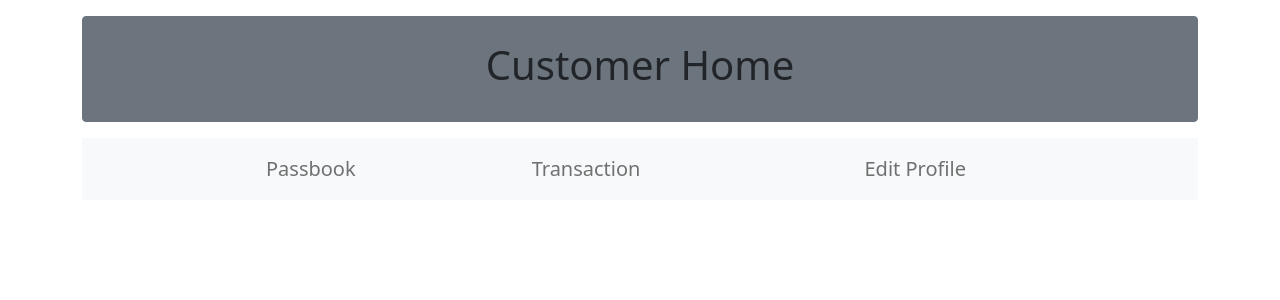
Repository: shivamaninalla/Bank-Application-JSP
Page: http://localhost/10-BankApplication/customer-home.jsp
An editor plug-in stored every save of this project. The page is shown before and after the next save, followed by the edit.
The browser window is 1280 px wide. The pictures show the whole page.
The page is served by Tomcat 9. Other server files are loaded and not shown.

Above is the page before, as saved 2024-07-19 12:48:10.

### 10-BankApplication/WebContent/customer-home.jsp
<%@ page language="java" contentType="text/html; charset=ISO-8859-1"
    pageEncoding="ISO-8859-1"%>
<%@ taglib uri="http://java.sun.com/jsp/jstl/core" prefix="c"%>
<%@ taglib uri="http://java.sun.com/jsp/jstl/functions" prefix="fn"%>
<link
	href="https://cdn.jsdelivr.net/npm/bootstrap@5.0.2/dist/css/bootstrap.min.css"
	rel="stylesheet"
	integrity="sha384-EVSTQN3/azprG1Anm3QDgpJLIm9Nao0Yz1ztcQTwFspd3yD65VohhpuuCOmLASjC"
	crossorigin="anonymous">
<script
	src="https://cdn.jsdelivr.net/npm/bootstrap@5.0.2/dist/js/bootstrap.bundle.min.js"
	integrity="sha384-MrcW6ZMFYlzcLA8Nl+NtUVF0sA7MsXsP1UyJoMp4YLEuNSfAP+JcXn/tWtIaxVXM"
	crossorigin="anonymous"></script>
<!DOCTYPE html>
<html>
<head>
<meta charset="ISO-8859-1">
<title>Insert title here</title>
</head>
<body>
  <div class="container mt-3">
    <div class="row justify-content-center">
      <div class="col-lg-12"> <!-- Changed to col-lg-8 for both the boxes to ensure same width -->
        <div class="border rounded border-secondary bg-secondary text-center p-4">
          <h1>Customer Home</h1>
        </div>
      </div>
    </div>
    <div class="row justify-content-center mt-3">
      <div class="col-lg-12"> <!-- Changed to col-lg-8 to match the width of the above box -->
        <nav class="navbar navbar-expand-lg navbar-light bg-light">
          <div class="container-fluid justify-content-center">
            <ul class="navbar-nav">
              <li class="nav-item">
                <a class="nav-link fs-5" href="#" style="margin-right: 10rem;">Passbook</a>
              </li>
              <li class="nav-item">
                <a class="nav-link fs-5" href="#" style="margin-right: 10rem;">Transaction</a>
              </li>
              <li class="nav-item">
                <a class="nav-link fs-5 mx-5 mr-5" href="#">Edit Profile</a>
              </li>
            </ul>
            <button class="navbar-toggler







</body>
</html>

After the next save:
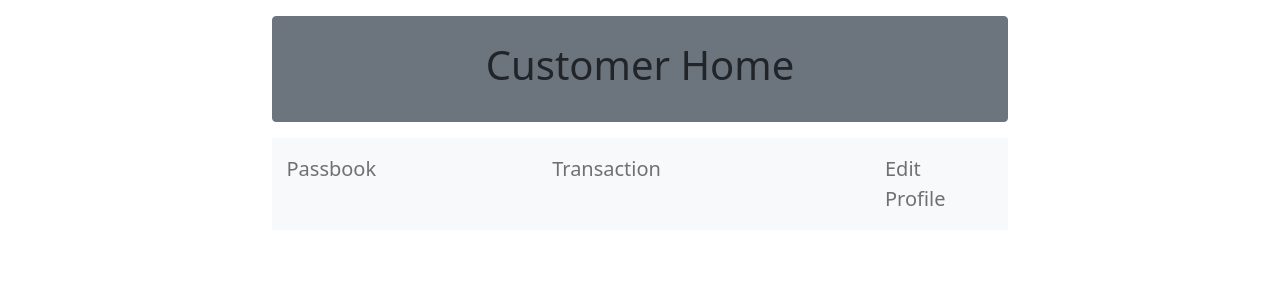
Saved 6 min 46 s later.
--- a/10-BankApplication/WebContent/customer-home.jsp
+++ b/10-BankApplication/WebContent/customer-home.jsp
@@ -1,16 +1,10 @@
-<%@ page language="java" contentType="text/html; charset=ISO-8859-1"
-    pageEncoding="ISO-8859-1"%>
+<%@ page language="java" contentType="text/html; charset=ISO-8859-1" pageEncoding="ISO-8859-1"%>
 <%@ taglib uri="http://java.sun.com/jsp/jstl/core" prefix="c"%>
 <%@ taglib uri="http://java.sun.com/jsp/jstl/functions" prefix="fn"%>
-<link
-	href="https://cdn.jsdelivr.net/npm/bootstrap@5.0.2/dist/css/bootstrap.min.css"
-	rel="stylesheet"
-	integrity="sha384-EVSTQN3/azprG1Anm3QDgpJLIm9Nao0Yz1ztcQTwFspd3yD65VohhpuuCOmLASjC"
-	crossorigin="anonymous">
-<script
-	src="https://cdn.jsdelivr.net/npm/bootstrap@5.0.2/dist/js/bootstrap.bundle.min.js"
-	integrity="sha384-MrcW6ZMFYlzcLA8Nl+NtUVF0sA7MsXsP1UyJoMp4YLEuNSfAP+JcXn/tWtIaxVXM"
-	crossorigin="anonymous"></script>
+<link href="https://cdn.jsdelivr.net/npm/bootstrap@5.0.2/dist/css/bootstrap.min.css" rel="stylesheet"
+	integrity="sha384-EVSTQN3/azprG1Anm3QDgpJLIm9Nao0Yz1ztcQTwFspd3yD65VohhpuuCOmLASjC" crossorigin="anonymous">
+<script src="https://cdn.jsdelivr.net/npm/bootstrap@5.0.2/dist/js/bootstrap.bundle.min.js"
+	integrity="sha384-MrcW6ZMFYlzcLA8Nl+NtUVF0sA7MsXsP1UyJoMp4YLEuNSfAP+JcXn/tWtIaxVXM" crossorigin="anonymous"></script>
 <!DOCTYPE html>
 <html>
 <head>
@@ -20,14 +14,14 @@
 <body>
   <div class="container mt-3">
     <div class="row justify-content-center">
-      <div class="col-lg-12"> <!-- Changed to col-lg-8 for both the boxes to ensure same width -->
+      <div class="col-lg-8">
         <div class="border rounded border-secondary bg-secondary text-center p-4">
           <h1>Customer Home</h1>
         </div>
       </div>
     </div>
     <div class="row justify-content-center mt-3">
-      <div class="col-lg-12"> <!-- Changed to col-lg-8 to match the width of the above box -->
+      <div class="col-lg-8">
         <nav class="navbar navbar-expand-lg navbar-light bg-light">
           <div class="container-fluid justify-content-center">
             <ul class="navbar-nav">
@@ -41,13 +35,14 @@
                 <a class="nav-link fs-5 mx-5 mr-5" href="#">Edit Profile</a>
               </li>
             </ul>
-            <button class="navbar-toggler
-
-
-
-
-
-
-
+            <button class="navbar-toggler" type="button" data-bs-toggle="collapse" data-bs-target="#navbarNav"
+              aria-controls="navbarNav" aria-expanded="false" aria-label="Toggle navigation">
+              <span class="navbar-toggler-icon"></span>
+            </button>
+          </div>
+        </nav>
+      </div>
+    </div>
+  </div>
 </body>
 </html>

After the save that followed:
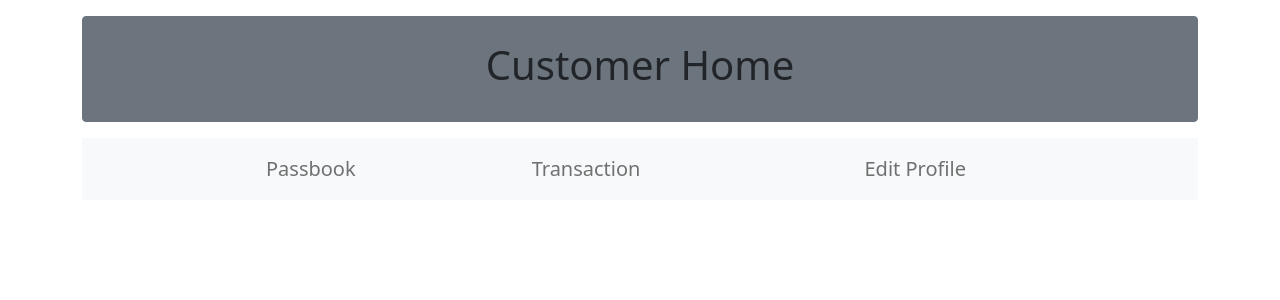
Saved 28 s later.
--- a/10-BankApplication/WebContent/customer-home.jsp
+++ b/10-BankApplication/WebContent/customer-home.jsp
@@ -1,10 +1,16 @@
-<%@ page language="java" contentType="text/html; charset=ISO-8859-1" pageEncoding="ISO-8859-1"%>
+<%@ page language="java" contentType="text/html; charset=ISO-8859-1"
+    pageEncoding="ISO-8859-1"%>
 <%@ taglib uri="http://java.sun.com/jsp/jstl/core" prefix="c"%>
 <%@ taglib uri="http://java.sun.com/jsp/jstl/functions" prefix="fn"%>
-<link href="https://cdn.jsdelivr.net/npm/bootstrap@5.0.2/dist/css/bootstrap.min.css" rel="stylesheet"
-	integrity="sha384-EVSTQN3/azprG1Anm3QDgpJLIm9Nao0Yz1ztcQTwFspd3yD65VohhpuuCOmLASjC" crossorigin="anonymous">
-<script src="https://cdn.jsdelivr.net/npm/bootstrap@5.0.2/dist/js/bootstrap.bundle.min.js"
-	integrity="sha384-MrcW6ZMFYlzcLA8Nl+NtUVF0sA7MsXsP1UyJoMp4YLEuNSfAP+JcXn/tWtIaxVXM" crossorigin="anonymous"></script>
+<link
+	href="https://cdn.jsdelivr.net/npm/bootstrap@5.0.2/dist/css/bootstrap.min.css"
+	rel="stylesheet"
+	integrity="sha384-EVSTQN3/azprG1Anm3QDgpJLIm9Nao0Yz1ztcQTwFspd3yD65VohhpuuCOmLASjC"
+	crossorigin="anonymous">
+<script
+	src="https://cdn.jsdelivr.net/npm/bootstrap@5.0.2/dist/js/bootstrap.bundle.min.js"
+	integrity="sha384-MrcW6ZMFYlzcLA8Nl+NtUVF0sA7MsXsP1UyJoMp4YLEuNSfAP+JcXn/tWtIaxVXM"
+	crossorigin="anonymous"></script>
 <!DOCTYPE html>
 <html>
 <head>
@@ -14,14 +20,14 @@
 <body>
   <div class="container mt-3">
     <div class="row justify-content-center">
-      <div class="col-lg-8">
+      <div class="col-lg-12">
         <div class="border rounded border-secondary bg-secondary text-center p-4">
           <h1>Customer Home</h1>
         </div>
       </div>
     </div>
     <div class="row justify-content-center mt-3">
-      <div class="col-lg-8">
+      <div class="col-lg-12"> <!-- Changed to col-lg-8 to match the width of the above box -->
         <nav class="navbar navbar-expand-lg navbar-light bg-light">
           <div class="container-fluid justify-content-center">
             <ul class="navbar-nav">
@@ -35,14 +41,13 @@
                 <a class="nav-link fs-5 mx-5 mr-5" href="#">Edit Profile</a>
               </li>
             </ul>
-            <button class="navbar-toggler" type="button" data-bs-toggle="collapse" data-bs-target="#navbarNav"
-              aria-controls="navbarNav" aria-expanded="false" aria-label="Toggle navigation">
-              <span class="navbar-toggler-icon"></span>
-            </button>
-          </div>
-        </nav>
-      </div>
-    </div>
-  </div>
+            <button class="navbar-toggler>
+
+
+
+
+
+
+
 </body>
 </html>
